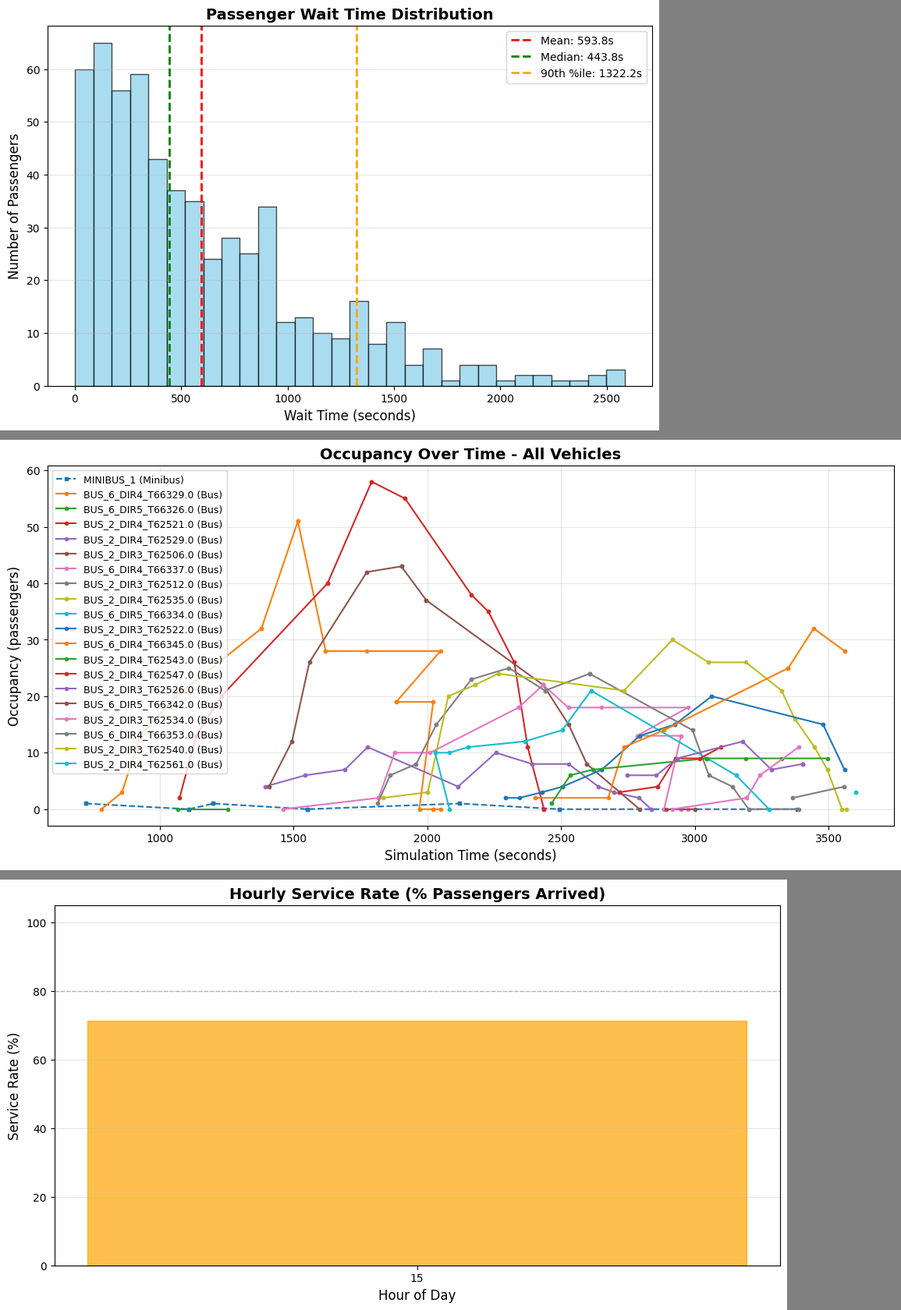
Repository: Jingren-Tang/Minibus_simulation
Script's output: python main.py
The author's editor kept a copy of each file at every save. The script's output is drawn from the files as they stood at one save, then again after the next save.
The pictures are shown at 78% of full size.
Each picture stacks the figures in order, with grey between them; figures that are only written to a file come last. Random numbers start from a fixed seed. It also reads data/od_matrix.npy, data/travel_time_matrix.npy.

Above is the script's output before, as saved 2025-12-22 21:29:46.

### main.py
"""
Traffic Simulation System - Main Entry Point

This module serves as the main entry point for the traffic simulation system.
It handles configuration loading, engine initialization, and simulation execution.
"""

import sys
import logging
import argparse
from datetime import datetime, timedelta
import time
import os

from simulation.engine import SimulationEngine
import config


def setup_logging(log_level=None, log_file=None):
    """
    Configure the logging system with both file and console handlers.

    Args:
        log_level: Override log level from config
        log_file: Override log file path from config
    """
    level = log_level or config.LOG_LEVEL
    file_path = log_file or config.LOG_FILE

    # Create formatters
    formatter = logging.Formatter(
        '[%(asctime)s] [%(levelname)s] [%(name)s] - %(message)s',
        datefmt='%Y-%m-%d %H:%M:%S'
    )

    # Configure root logger
    logger = logging.getLogger()
    logger.setLevel(level)

    # Remove existing handlers
    logger.handlers = []

    # Console handler
    console_handler = logging.StreamHandler(sys.stdout)
    console_handler.setFormatter(formatter)
    logger.addHandler(console_handler)

    # File handler
    try:
        file_handler = logging.FileHandler(file_path, mode='a', encoding='utf-8')
        file_handler.setFormatter(formatter)
        logger.addHandler(file_handler)
    except Exception as e:
        logger.warning(f"Failed to create log file handler: {e}")


def parse_arguments():
    """
    Parse command line arguments.

    Returns:
        argparse.Namespace: Parsed arguments
    """
    parser = argparse.ArgumentParser(
        description='Traffic Simulation System',
        formatter_class=argparse.RawDescriptionHelpFormatter
    )

    parser.add_argument(
        '--config',
        type=str,
        help='Path to configuration file (optional, defaults to config.py)'
    )

    parser.add_argument(
        '--output-dir',
        type=str,
        help='Output directory for simulation results (overrides config)'
    )

    parser.add_argument(
        '--log-level',
        type=str,
        choices=['DEBUG', 'INFO', 'WARNING', 'ERROR', 'CRITICAL'],
        help='Logging level (overrides config)'
    )

    parser.add_argument(
        '--start-time',
        type=str,
        help='Simulation start time in format HH:MM:SS (overrides config)'
    )

    parser.add_argument(
        '--end-time',
        type=str,
        help='Simulation end time in format HH:MM:SS (overrides config)'
    )

    parser.add_argument(
        '--date',
        type=str,
        help='Simulation date in format YYYY-MM-DD (overrides config)'
    )

    return parser.parse_args()


def build_config_dict(cmd_overrides):
    """
    Build configuration dictionary from config module and command line overrides.

    Args:
        cmd_overrides: Dictionary containing command line parameter overrides

    Returns:
        dict: Complete configuration dictionary
    """
    # Start with the configuration from config.py
    config_dict = config.get_config()

    # Apply command line overrides
    if 'output_dir' in cmd_overrides:
        config_dict['output_dir'] = cmd_overrides['output_dir']

    if 'start_time' in cmd_overrides:
        config_dict['simulation_start_time'] = cmd_overrides['start_time']

    if 'end_time' in cmd_overrides:
        config_dict['simulation_end_time'] = cmd_overrides['end_time']

    if 'date' in cmd_overrides:
        config_dict['simulation_date'] = cmd_overrides['date']

    return config_dict


def validate_config(config_dict):
    """
    Validate the simulation configuration.

    Args:
        config_dict: Configuration dictionary

    Returns:
        bool: True if valid, False otherwise
    """
    logger = logging.getLogger(__name__)

    # Check required fields
    required_fields = ['simulation_start_time', 'simulation_end_time', 'simulation_date']
    for field in required_fields:
        if field not in config_dict:
            logger.error(f"Missing required configuration field: {field}")
            return False

    # Validate time range
    start_time_str = config_dict['simulation_start_time']
    end_time_str = config_dict['simulation_end_time']
    date_str = config_dict['simulation_date']

    try:
        # Parse times
        start_time = datetime.strptime(f"{date_str} {start_time_str}", '%Y-%m-%d %H:%M:%S')
        end_time = datetime.strptime(f"{date_str} {end_time_str}", '%Y-%m-%d %H:%M:%S')

        if start_time >= end_time:
            logger.error("Start time must be before end time")
            return False
    except ValueError as e:
        logger.error(f"Invalid time format: {e}")
        return False

    # Run config module validation
    if not config.validate_config():
        logger.error("Configuration validation failed")
        return False

    return True


def print_welcome():
    """Print welcome banner."""
    print("=" * 60)
    print("    Traffic Simulation System")
    print("=" * 60)
    print()


def print_config_summary(config_dict):
    """
    Print configuration summary.

    Args:
        config_dict: Configuration dictionary
    """
    logger = logging.getLogger(__name__)

    logger.info("Configuration Summary:")
    logger.info(f"  Simulation Date: {config_dict['simulation_date']}")
    logger.info(f"  Start Time: {config_dict['simulation_start_time']}")
    logger.info(f"  End Time: {config_dict['simulation_end_time']}")
    logger.info(f"  Number of Buses: {config_dict['num_buses']}")
    logger.info(f"  Bus Capacity: {config_dict['bus_capacity']}")
    logger.info(f"  Number of Minibuses: {config_dict['num_minibuses']}")
    logger.info(f"  Minibus Capacity: {config_dict['minibus_capacity']}")
    logger.info(f"  Optimization Interval: {config_dict['optimization_interval']}s")
    logger.info(f"  Output Directory: {config_dict['output_dir']}")
    logger.info(f"  Log Level: {logging.getLevelName(logger.getEffectiveLevel())}")
    print()


def main():
    """
    Main entry point for the traffic simulation system.

    Returns:
        int: Exit code (0 for success, 1 for failure)
    """
    # Record start time
    real_start_time = time.time()

    try:
        # Parse command line arguments
        args = parse_arguments()

        # Setup logging
        log_level = getattr(logging, args.log_level) if args.log_level else None
        setup_logging(log_level=log_level)

        logger = logging.getLogger(__name__)

        # Print welcome message
        print_welcome()

        # Build command line overrides dictionary
        cmd_overrides = {}

        if args.output_dir:
            cmd_overrides['output_dir'] = args.output_dir

        if args.start_time:
            # Validate time format HH:MM:SS
            try:
                datetime.strptime(args.start_time, '%H:%M:%S')
                cmd_overrides['start_time'] = args.start_time
            except ValueError:
                logger.error(f"Invalid start time format: {args.start_time} (expected HH:MM:SS)")
                return 1

        if args.end_time:
            # Validate time format HH:MM:SS
            try:
                datetime.strptime(args.end_time, '%H:%M:%S')
                cmd_overrides['end_time'] = args.end_time
            except ValueError:
                logger.error(f"Invalid end time format: {args.end_time} (expected HH:MM:SS)")
                return 1

        if args.date:
            # Validate date format YYYY-MM-DD
            try:
                datetime.strptime(args.date, '%Y-%m-%d')
                cmd_overrides['date'] = args.date
            except ValueError:
                logger.error(f"Invalid date format: {args.date} (expected YYYY-MM-DD)")
                return 1

        # Build complete configuration dictionary
        logger.info("Building configuration...")
        config_dict = build_config_dict(cmd_overrides)

        # Log any overrides applied
        if cmd_overrides:
            logger.info("Applied configuration overrides:")
            for key, value in cmd_overrides.items():
                logger.info(f"  {key} = {value}")

        # Validate configuration
        if not validate_config(config_dict):
            logger.error("Configuration validation failed")
            return 1

        # Print configuration summary
        print_config_summary(config_dict)

        # Log simulation start
        logger.info("=" * 60)
        logger.info("Starting traffic simulation...")
        logger.info(f"Real start time: {datetime.now().strftime('%Y-%m-%d %H:%M:%S')}")
        logger.info("=" * 60)

        # Create and initialize simulation engine
        # Pass the configuration dictionary to SimulationEngine
        logger.info("Initializing simulation engine...")
        engine = SimulationEngine(config_dict)

        # Initialize the engine
        engine.initialize()
        logger.info("Simulation engine initialized successfully")

        # Run the simulation
        logger.info("Running simulation...")
        engine.run()

        # Calculate and log execution time
        real_end_time = time.time()
        total_time = real_end_time - real_start_time

        logger.info("=" * 60)
        logger.info("Simulation completed successfully!")
        logger.info(f"Real end time: {datetime.now().strftime('%Y-%m-%d %H:%M:%S')}")
        logger.info(f"Total execution time: {total_time:.2f} seconds ({total_time/60:.2f} minutes)")
        logger.info("=" * 60)

        print()
        print("=" * 60)
        print(f"✓ Simulation completed successfully!")
        print(f"  Total execution time: {total_time:.2f} seconds")
        print("=" * 60)

        return 0

    except KeyboardInterrupt:
        logger = logging.getLogger(__name__)
        logger.warning("\nSimulation interrupted by user")
        print("\n⚠ Simulation interrupted by user")
        return 1

    except Exception as e:
        logger = logging.getLogger(__name__)
        logger.exception(f"Fatal error during simulation: {e}")
        print(f"\n✗ Fatal error: {e}")
        print("  Check log file for details")
        return 1

    finally:
        # Log final message
        try:
            logger = logging.getLogger(__name__)
            logger.info("Simulation system shutdown")
        except:
            pass


if __name__ == "__main__":
    sys.exit(main())

### config.py
"""
Configuration module for the mixed traffic simulation system.

This module contains all configurable parameters for the simulation,
including time settings, file paths, vehicle configurations, and optimization settings.
All parameters can be modified here without changing the core simulation code.


Config to change: SIMULATION_START_TIME, SIMULATION_END_TIME, STATIONS_FILE, TRAVEL_TIME_MATRIX_FILE,
MATRIX_METADATA_FILE, BUS_SCHEDULE_FILE(data or data)
ENABLE_MINIBUS, MINIBUS_INITIAL_LOCATIONS,
OPTIMIZER_TYPE
PASSENGER_GENERATION_METHOD: "test" or "od_matrix"

"""

import os
from typing import Dict, Any


# ============================================================================
# TIME SETTINGS
# ============================================================================

# Simulation start time in HH:MM:SS format
SIMULATION_START_TIME = "15:00:00"

# Simulation end time in HH:MM:SS format
SIMULATION_END_TIME = "16:00:00"

# Simulation date in YYYY-MM-DD format
SIMULATION_DATE = "2024-07-25"


# ============================================================================
# DATA FILE PATHS
# ============================================================================

# Path to the stations definition file (JSON format)
STATIONS_FILE = "data/stations.json"

# Path to the travel time matrix (NumPy binary format)
TRAVEL_TIME_MATRIX_FILE = "data/travel_time_matrix.npy"

# Path to the matrix metadata file (JSON format)
MATRIX_METADATA_FILE = "data/matrix_metadata.json"

# Path to the bus schedule file (CSV format)
BUS_SCHEDULE_FILE = "data/bus_schedule.csv"


# ============================================================================
# VEHICLE SETTINGS
# ============================================================================

# Number of buses in the system (loaded from CSV, this is for reference only)
NUM_BUSES = 20

# Maximum passenger capacity for each bus
BUS_CAPACITY = 80

ENABLE_MINIBUS = True

# Number of minibuses in the system
NUM_MINIBUSES = 1

# Maximum passenger capacity for each minibus
MINIBUS_CAPACITY = 6

# Initial station locations for minibuses (must match station IDs)
MINIBUS_INITIAL_LOCATIONS = ["8592374"]  # Can also be "random"


# ============================================================================
# OPTIMIZER SETTINGS (for Phase 4)
# ============================================================================

# Time interval (in seconds) between optimizer calls
OPTIMIZATION_INTERVAL = 300

# ['dummy', 'external_program', 'python_module']
OPTIMIZER_TYPE = 'dummy'  # 'dummy' optimizer does nothing

# Configuration dictionary for the optimizer


OPTIMIZER_CONFIG = {
    'module_name': 'optimizer.greedy_insertion',
    'function_name': 'greedy_insert_optimize',
    'max_waiting_time': 600.0,
    'max_detour_time': 300.0,
}

# ============================================================================
# PASSENGER SETTINGS
# ============================================================================

# Maximum time (in seconds) a passenger will wait before abandoning the trip
# Default: 900 seconds = 15 minutes
PASSENGER_MAX_WAIT_TIME = 9000.0


# ============================================================================
# OUTPUT SETTINGS
# ============================================================================

# Directory where simulation results will be saved
OUTPUT_DIR = "data/results/"

# Name of the log file
LOG_FILE = "simulation.log"

# Logging level: DEBUG, INFO, WARNING, ERROR, CRITICAL
LOG_LEVEL = "INFO"

# Whether to save detailed logs (may impact performance)
SAVE_DETAILED_LOGS = True

# OD MATRIX SETTINGS
OD_MATRIX_FILE = "data/od_matrix.npy"
OD_METADATA_FILE = "data/od_metadata.json"

# Passenger generation method: "test", "od_matrix", "file"
PASSENGER_GENERATION_METHOD = "od_matrix"

# ============================================================================
# OTHER SETTINGS
# ============================================================================

# Random seed for reproducibility (set to None for non-deterministic behavior)
RANDOM_SEED = 42


# ============================================================================
# UTILITY FUNCTIONS
# ============================================================================

def get_config() -> Dict[str, Any]:
    """
    Package all configuration parameters into a dictionary.

    Returns:
        Dict[str, Any]: Dictionary containing all configuration parameters
    """
    config = {
        # Time settings
        "simulation_start_time": SIMULATION_START_TIME,
        "simulation_end_time": SIMULATION_END_TIME,
        "simulation_date": SIMULATION_DATE,

        # Data file paths
        "stations_file": STATIONS_FILE,
        "travel_time_matrix": TRAVEL_TIME_MATRIX_FILE,
        "matrix_metadata": MATRIX_METADATA_FILE,
        "bus_schedule_file": BUS_SCHEDULE_FILE,  # 改回 bus_schedule_file

        # Vehicle settings
        "num_buses": NUM_BUSES,
        "bus_capacity": BUS_CAPACITY,
        "enable_minibus": ENABLE_MINIBUS,
        "num_minibuses": NUM_MINIBUSES,
        "minibus_capacity": MINIBUS_CAPACITY,
        "minibus_initial_locations": MINIBUS_INITIAL_LOCATIONS,

        # Optimizer settings

        "optimization_interval": OPTIMIZATION_INTERVAL,
        "optimizer_type": OPTIMIZER_TYPE,
        "optimizer_config": OPTIMIZER_CONFIG,

        # Passenger settings
        "passenger_max_wait_time": PASSENGER_MAX_WAIT_TIME,


        # Output settings
        "output_dir": OUTPUT_DIR,
        "log_file": LOG_FILE,
        "log_level": LOG_LEVEL,
        "save_detailed_logs": SAVE_DETAILED_LOGS,

        # OD matrix settings
        "od_matrix_file": OD_MATRIX_FILE,
        "od_metadata_file": OD_METADATA_FILE,
        "passenger_generation_method": PASSENGER_GENERATION_METHOD,

        # Other settings
        "random_seed": RANDOM_SEED
    }

    return config


def validate_config() -> bool:
    """
    Validate the configuration parameters.

    Checks:
    - Required data files exist
    - Output directory is writable
    - Parameter values are within valid ranges
    - Initial minibus locations match the number of minibuses

    Returns:
        bool: True if configuration is valid, False otherwise
    """
    valid = True

    # Check if required data files exist
    required_files = [
        STATIONS_FILE,
        TRAVEL_TIME_MATRIX_FILE,
        MATRIX_METADATA_FILE,
        BUS_SCHEDULE_FILE
    ]

    for file_path in required_files:
        if not os.path.exists(file_path):
            print(f"Warning: Required file not found: {file_path}")
            valid = False

    # Check if output directory exists, create if it doesn't
    if not os.path.exists(OUTPUT_DIR):
        try:
            os.makedirs(OUTPUT_DIR)
            print(f"Created output directory: {OUTPUT_DIR}")
        except Exception as e:
            print(f"Error: Cannot create output directory {OUTPUT_DIR}: {e}")
            valid = False

    # Validate vehicle capacity values
    if BUS_CAPACITY <= 0:
        print("Error: BUS_CAPACITY must be positive")
        valid = False

    if MINIBUS_CAPACITY <= 0:
        print("Error: MINIBUS_CAPACITY must be positive")
        valid = False


    # Validate number of minibuses matches initial locations (only if it's a list)
    if isinstance(MINIBUS_INITIAL_LOCATIONS, list):
        if len(MINIBUS_INITIAL_LOCATIONS) != NUM_MINIBUSES:
            print(f"Warning: Number of initial minibus locations ({len(MINIBUS_INITIAL_LOCATIONS)}) "
                f"does not match NUM_MINIBUSES ({NUM_MINIBUSES})")
            valid = False
    elif MINIBUS_INITIAL_LOCATIONS != "random":
        print(f"Error: MINIBUS_INITIAL_LOCATIONS must be a list or 'random', "
            f"got {MINIBUS_INITIAL_LOCATIONS}")
        valid = False

    # Validate time format (basic check)
    time_fields = [SIMULATION_START_TIME, SIMULATION_END_TIME]
    for time_str in time_fields:
        parts = time_str.split(":")
        if len(parts) != 3:
            print(f"Error: Invalid time format: {time_str} (expected HH:MM:SS)")
            valid = False

    # Validate date format (basic check)
    date_parts = SIMULATION_DATE.split("-")
    if len(date_parts) != 3:
        print(f"Error: Invalid date format: {SIMULATION_DATE} (expected YYYY-MM-DD)")
        valid = False

    # Validate optimization interval
    if OPTIMIZATION_INTERVAL <= 0:
        print("Error: OPTIMIZATION_INTERVAL must be positive")
        valid = False

    # Validate passenger max wait time
    if PASSENGER_MAX_WAIT_TIME <= 0:
        print("Error: PASSENGER_MAX_WAIT_TIME must be positive")
        valid = False

    # Validate log level
    valid_log_levels = ["DEBUG", "INFO", "WARNING", "ERROR", "CRITICAL"]
    if LOG_LEVEL not in valid_log_levels:
        print(f"Error: Invalid LOG_LEVEL: {LOG_LEVEL} (must be one of {valid_log_levels})")
        valid = False

    if valid:
        print("Configuration validation passed")
    else:
        print("Configuration validation failed")

    return valid


# ============================================================================
# MODULE TEST
# ============================================================================

if __name__ == "__main__":
    print("=== Configuration Module Test ===\n")

    print("Current Configuration:")
    config = get_config()
    for key, value in config.items():
        print(f"  {key}: {value}")

    print("\n" + "="*50 + "\n")

    print("Validating configuration...")
    is_valid = validate_config()

    print(f"\nConfiguration is {'valid' if is_valid else 'invalid'}")

Loaded but not shown: data/stations.json (202 lines, source omitted); data/matrix_metadata.json (63 lines, source omitted); data/od_metadata.json (31 lines, source omitted); data/bus_schedule.csv (1366 lines, source omitted); simulation/engine.py (1388 lines, source omitted); utils/statistics.py (1249 lines, source omitted); optimizer/route_optimizer.py (927 lines, source omitted); vehicles/minibus.py (617 lines, source omitted); network/travel_time_manager.py (478 lines, source omitted); vehicles/bus.py (452 lines, source omitted); network/network.py (404 lines, source omitted); demand/passenger.py (380 lines, source omitted); network/station.py (314 lines, source omitted); demand/od_matrix.py (286 lines, source omitted); simulation/event.py (123 lines, source omitted)

After the next save:
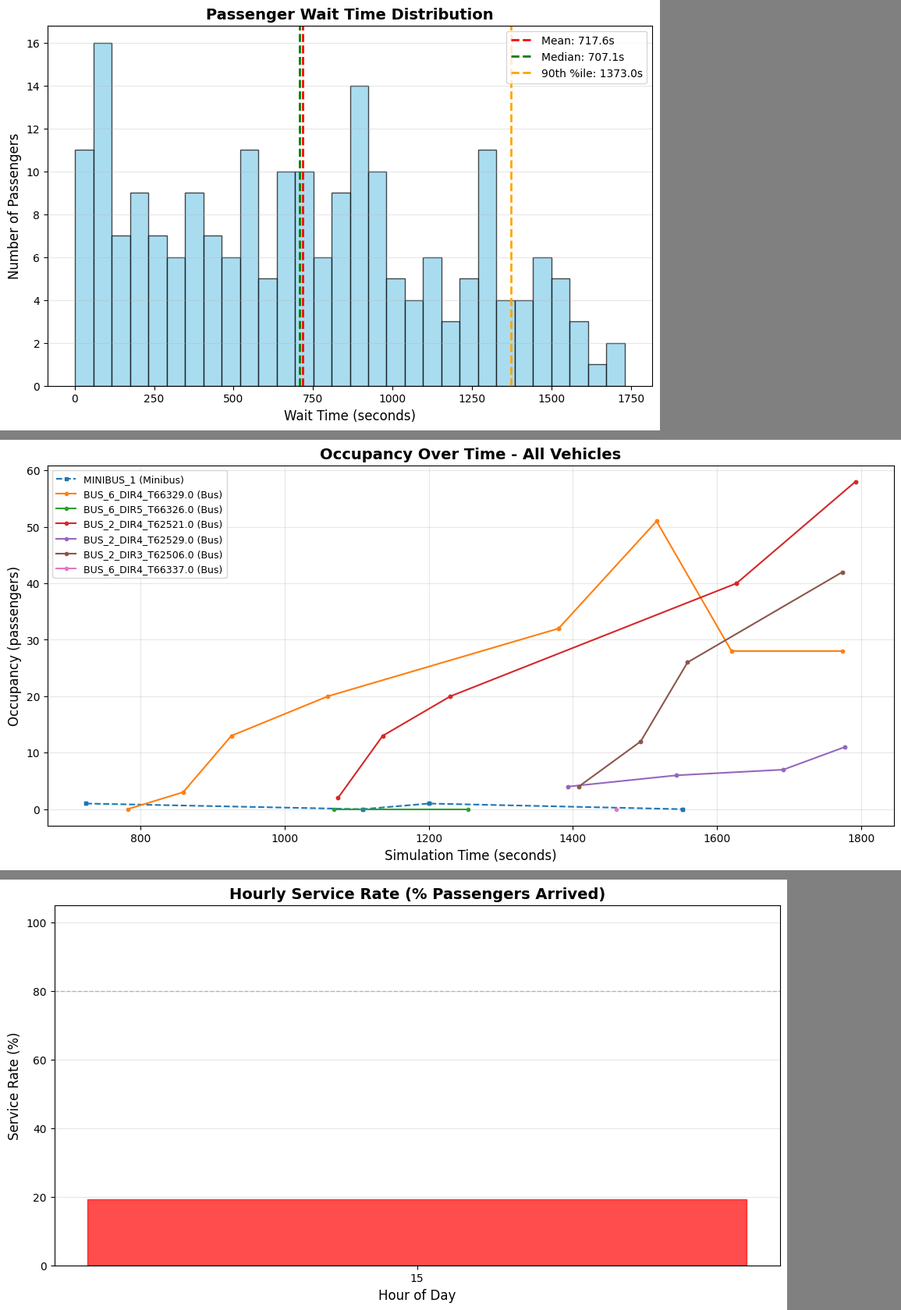
Saved 27 s later.
--- a/config.py
+++ b/config.py
@@ -26,7 +26,7 @@ from typing import Dict, Any
 SIMULATION_START_TIME = "15:00:00"
 
 # Simulation end time in HH:MM:SS format
-SIMULATION_END_TIME = "16:00:00"
+SIMULATION_END_TIME = "15:30:00"
 
 # Simulation date in YYYY-MM-DD format
 SIMULATION_DATE = "2024-07-25"
